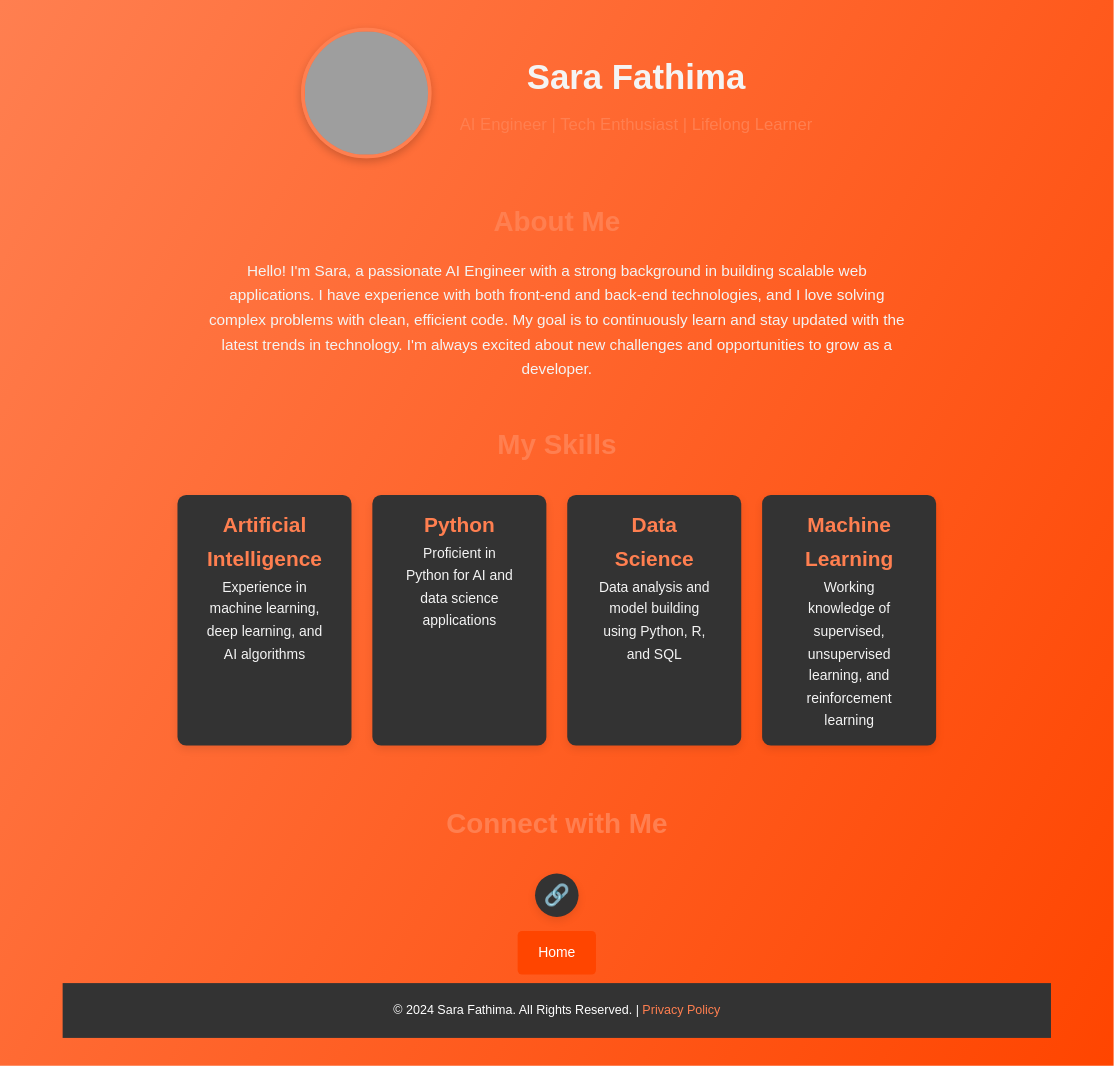
Repository: Syed1818/project
Page: profile.html
The author's editor kept a copy of each file at every save. The page is drawn from the files as they stood at one save, then again after the next save.
The browser window is 1280 px wide. The pictures show the whole page, at 87% of full size.
Pictures or frames that could not be fetched are drawn as grey boxes.

Above is the page before, as saved 2024-12-07 17:58:44.

### profile.html
<!DOCTYPE html>
<html lang="en">
<head>
    <meta charset="UTF-8">
    <meta name="viewport" content="width=device-width, initial-scale=1.0">
    <title>Your Profile</title>
    <style>
        /* Reset and Basic Styles */
        * {
            margin: 0;
            padding: 0;
            box-sizing: border-box;
        }

        body {
            font-family: 'Arial', sans-serif;
            background: linear-gradient(120deg, #ff7f50, #ff4500); /* Orange gradient background */
            color: #f4f4f4; /* Light text for contrast */
            line-height: 1.6;
            text-align: center;
        }

        /* Profile Section */
        .profile-container {
            max-width: 1200px;
            margin: 0 auto;
            padding: 2rem;
        }

        .profile-header {
            display: flex;
            justify-content: center;
            align-items: center;
            text-align: center;
            margin-bottom: 3rem;
        }

        .profile-header img {
            width: 150px;
            height: 150px;
            border-radius: 50%;
            border: 4px solid #ff7f50; /* Orange border */
            margin-right: 2rem;
            box-shadow: 0 4px 10px rgba(0, 0, 0, 0.2);
        }

        .profile-header h1 {
            font-size: 2.5rem;
            color: #f4f4f4; /* Light text */
            margin-bottom: 0.5rem;
        }

        .profile-header p {
            font-size: 1.2rem;
            color: #ff7f50; /* Orange text */
        }

        /* About Section */
        .about-section {
            text-align: center;
            margin-bottom: 3rem;
        }

        .about-section h2 {
            font-size: 2rem;
            color: #ff7f50; /* Orange header */
            margin-bottom: 1rem;
        }

        .about-section p {
            font-size: 1.1rem;
            color: #f4f4f4; /* Light text for body */
            max-width: 800px;
            margin: 0 auto;
        }

        /* Skills Section */
        .skills-section {
            margin-bottom: 4rem;
        }

        .skills-section h2 {
            font-size: 2rem;
            color: #ff7f50; /* Orange header */
            text-align: center;
            margin-bottom: 2rem;
        }

        .skills-list {
            display: flex;
            justify-content: center;
            flex-wrap: wrap;
            gap: 1.5rem;
        }

        .skill {
            background-color: #333; /* Dark background for skill cards */
            border-radius: 10px;
            padding: 1rem 2rem;
            box-shadow: 0 4px 10px rgba(0, 0, 0, 0.1);
            transition: all 0.3s ease;
            text-align: center;
            width: 200px;
        }

        .skill:hover {
            transform: translateY(-10px);
            box-shadow: 0 8px 15px rgba(0, 0, 0, 0.2);
        }

        .skill h3 {
            font-size: 1.5rem;
            color: #ff7f50; /* Orange text */
        }

        .skill p {
            font-size: 1rem;
            color: #f4f4f4; /* Light text for skill descriptions */
        }

        /* Social Media Section */
        .social-media {
            text-align: center;
            margin-top: 3rem;
        }

        .social-media h2 {
            font-size: 2rem;
            color: #ff7f50; /* Orange header */
            margin-bottom: 2rem;
        }

        .social-media ul {
            list-style: none;
            display: flex;
            justify-content: center;
            gap: 1.5rem;
        }

        .social-media ul li {
            width: 50px;
            height: 50px;
            background-color: #333; /* Dark background for social media icons */
            border-radius: 50%;
            display: flex;
            justify-content: center;
            align-items: center;
            box-shadow: 0 4px 10px rgba(0, 0, 0, 0.1);
            transition: transform 0.3s ease;
        }

        .social-media ul li:hover {
            transform: translateY(-5px);
        }

        .social-media ul li a {
            color: #ff7f50; /* Orange icon color */
            font-size: 1.5rem;
            text-decoration: none;
        }

        .social-media ul li a:hover {
            color: #f4f4f4; /* Light color on hover */
        }

        /* Home Button */
        .home-button {
            display: inline-block;
            padding: 0.75rem 1.5rem;
            font-size: 1rem;
            color: white;
            background-color: #ff4500; /* Orange button */
            border: none;
            border-radius: 5px;
            text-decoration: none;
            margin-top: 1rem;
            transition: background-color 0.3s ease;
        }

        .home-button:hover {
            background-color: #ff6347; /* Lighter orange on hover */
        }

        /* Footer */
        footer {
            text-align: center;
            padding: 20px 20px;
            margin-top: 10px;
            background-color: #333; /* Dark footer */
            color: white;
        }

        footer p {
            font-size: 0.9rem;
        }

        footer a {
            color: #ff7f50; /* Orange link in footer */
            text-decoration: none;
        }

        footer a:hover {
            color: #f4f4f4; /* Light color on hover */
        }
    </style>
</head>
<body>

    <div class="profile-container">
        <!-- Profile Header -->
        <div class="profile-header">
            <img src="https://media.licdn.com/dms/image/v2/D4E03AQGuGxKQycFC0g/profile-displayphoto-shrink_400_400/profile-displayphoto-shrink_400_400/0/1713798304352?e=1737590400&v=beta&t=i2s9TJBFsF-2XZcw2WneA0de2JTcgz8lsbHUMZ2WS6g" alt="Profile Picture">
            <div>
                <h1>Sara Fathima</h1>
                <p>AI Engineer | Tech Enthusiast | Lifelong Learner</p>
            </div>
        </div>

        <!-- About Section -->
        <section class="about-section">
            <h2>About Me</h2>
            <p>Hello! I'm Sara, a passionate AI Engineer with a strong background in building scalable web applications. I have experience with both front-end and back-end technologies, and I love solving complex problems with clean, efficient code. My goal is to continuously learn and stay updated with the latest trends in technology. I'm always excited about new challenges and opportunities to grow as a developer.</p>
        </section>

        <!-- Skills Section -->
        <section class="skills-section">
            <h2>My Skills</h2>
            <div class="skills-list">
                <div class="skill">
                    <h3>Artificial Intelligence</h3>
                    <p>Experience in machine learning, deep learning, and AI algorithms</p>
                </div>
                <div class="skill">
                    <h3>Python</h3>
                    <p>Proficient in Python for AI and data science applications</p>
                </div>
                <div class="skill">
                    <h3>Data Science</h3>
                    <p>Data analysis and model building using Python, R, and SQL</p>
                </div>
                <div class="skill">
                    <h3>Machine Learning</h3>
                    <p>Working knowledge of supervised, unsupervised learning, and reinforcement learning</p>
                </div>
            </div>
        </section>

        <!-- Social Media Section -->
        <section class="social-media">
            <h2>Connect with Me</h2>
            <ul>
                <li><a href="https://www.linkedin.com/in/a-sara-fathima-a237592b4?lipi=urn%3Ali%3Apage%3Ad_flagship3_profile_view_base_contact_details%3Bb9Yoh9yESqqOwGi0mVraZw%3D%3D" target="_blank">🔗</a></li>
            </ul>
        </section>
        <a href="index.html" class="home-button">Home</a>
        <!-- Footer -->
        <footer>
            <p>&copy; 2024 Sara Fathima. All Rights Reserved. | <a href="privacy-policy.html">Privacy Policy</a></p>
        </footer>
    </div>

</body>
</html>

After the next save:
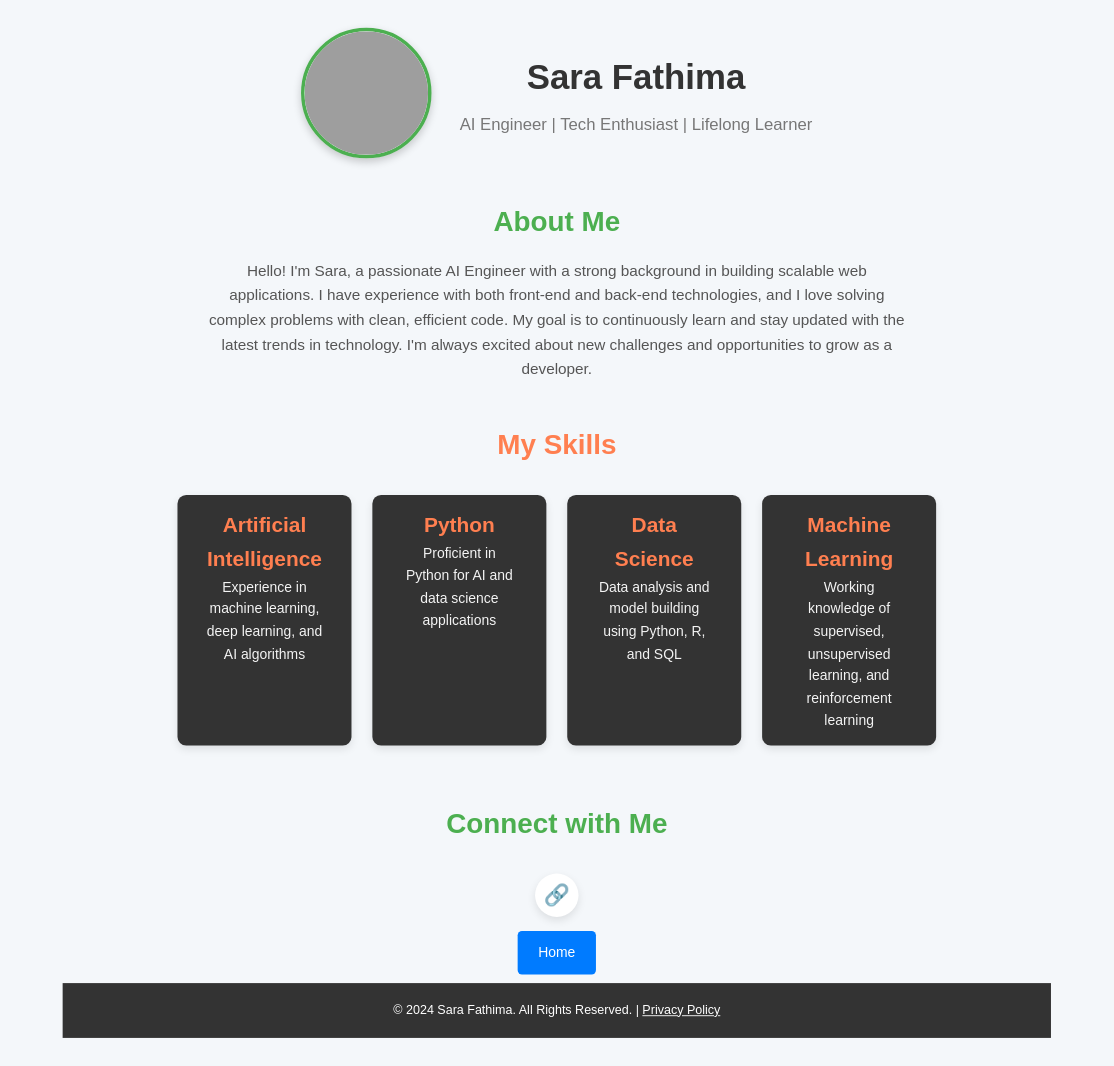
Saved 63 s later.
--- a/profile.html
+++ b/profile.html
@@ -14,8 +14,8 @@
 
         body {
             font-family: 'Arial', sans-serif;
-            background: linear-gradient(120deg, #ff7f50, #ff4500); /* Orange gradient background */
-            color: #f4f4f4; /* Light text for contrast */
+            background-color: #f4f7fa;
+            color: #333;
             line-height: 1.6;
             text-align: center;
         }
@@ -39,20 +39,20 @@
             width: 150px;
             height: 150px;
             border-radius: 50%;
-            border: 4px solid #ff7f50; /* Orange border */
+            border: 4px solid #4CAF50;
             margin-right: 2rem;
             box-shadow: 0 4px 10px rgba(0, 0, 0, 0.2);
         }
 
         .profile-header h1 {
             font-size: 2.5rem;
-            color: #f4f4f4; /* Light text */
+            color: #333;
             margin-bottom: 0.5rem;
         }
 
         .profile-header p {
             font-size: 1.2rem;
-            color: #ff7f50; /* Orange text */
+            color: #777;
         }
 
         /* About Section */
@@ -63,13 +63,13 @@
 
         .about-section h2 {
             font-size: 2rem;
-            color: #ff7f50; /* Orange header */
+            color: #4CAF50;
             margin-bottom: 1rem;
         }
 
         .about-section p {
             font-size: 1.1rem;
-            color: #f4f4f4; /* Light text for body */
+            color: #555;
             max-width: 800px;
             margin: 0 auto;
         }
@@ -126,7 +126,7 @@
 
         .social-media h2 {
             font-size: 2rem;
-            color: #ff7f50; /* Orange header */
+            color: #4CAF50;
             margin-bottom: 2rem;
         }
 
@@ -140,7 +140,7 @@
         .social-media ul li {
             width: 50px;
             height: 50px;
-            background-color: #333; /* Dark background for social media icons */
+            background-color: #fff;
             border-radius: 50%;
             display: flex;
             justify-content: center;
@@ -154,22 +154,20 @@
         }
 
         .social-media ul li a {
-            color: #ff7f50; /* Orange icon color */
+            color: #333;
             font-size: 1.5rem;
             text-decoration: none;
         }
 
         .social-media ul li a:hover {
-            color: #f4f4f4; /* Light color on hover */
-        }
-
-        /* Home Button */
+            color: #4CAF50;
+        }
         .home-button {
             display: inline-block;
             padding: 0.75rem 1.5rem;
             font-size: 1rem;
             color: white;
-            background-color: #ff4500; /* Orange button */
+            background-color: #007bff;
             border: none;
             border-radius: 5px;
             text-decoration: none;
@@ -178,7 +176,7 @@
         }
 
         .home-button:hover {
-            background-color: #ff6347; /* Lighter orange on hover */
+            background-color: #0056b3;
         }
 
         /* Footer */
@@ -186,21 +184,12 @@
             text-align: center;
             padding: 20px 20px;
             margin-top: 10px;
-            background-color: #333; /* Dark footer */
+            background-color: #333;
             color: white;
         }
 
         footer p {
             font-size: 0.9rem;
-        }
-
-        footer a {
-            color: #ff7f50; /* Orange link in footer */
-            text-decoration: none;
-        }
-
-        footer a:hover {
-            color: #f4f4f4; /* Light color on hover */
         }
     </style>
 </head>
@@ -255,7 +244,7 @@
         <a href="index.html" class="home-button">Home</a>
         <!-- Footer -->
         <footer>
-            <p>&copy; 2024 Sara Fathima. All Rights Reserved. | <a href="privacy-policy.html">Privacy Policy</a></p>
+            <p>&copy; 2024 Sara Fathima. All Rights Reserved. | <a href="privacy-policy.html" style="color: white;">Privacy Policy</a></p>
         </footer>
     </div>
 
